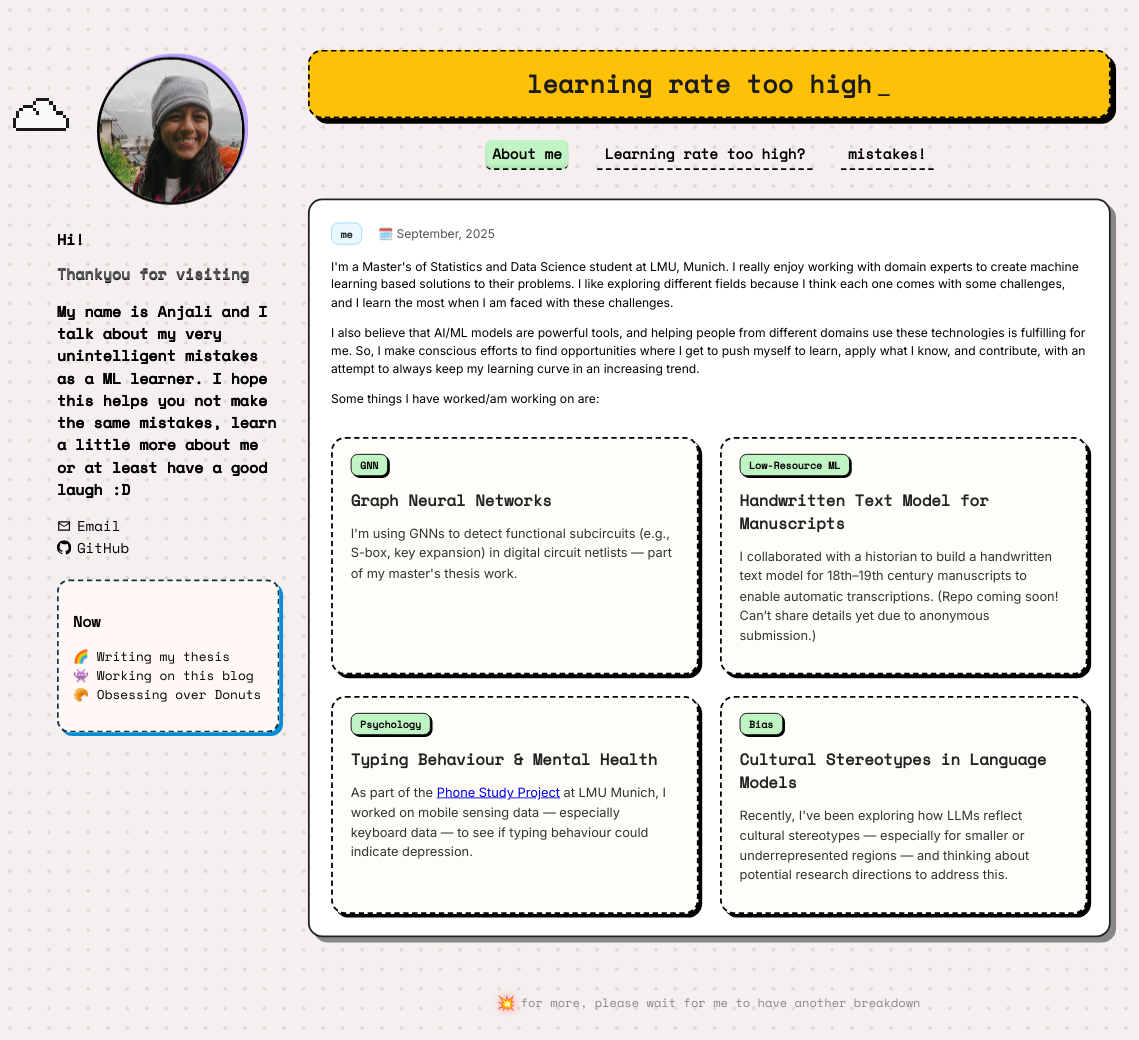
Repository: anjalisarawgi/learning_rate_too_high
Page: index.html
The author's editor kept a copy of each file at every save. The page is drawn from the files as they stood at one save, then again after a run of saves.
The browser window is 1280 px wide. The pictures show the whole page, at 89% of full size.

Above is the page before, as saved 2025-11-03 18:35:07.

After the next 2 saves:
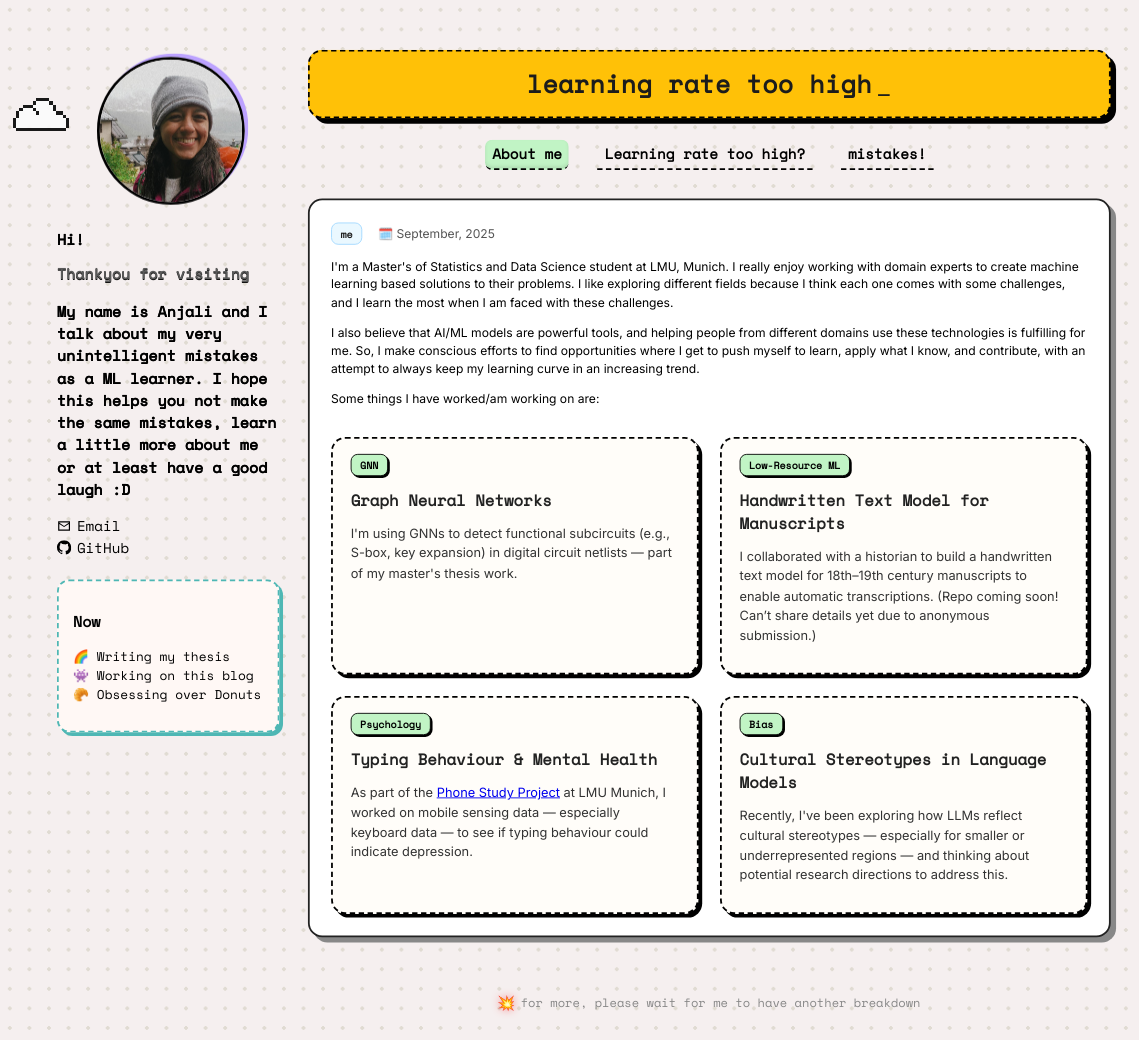
The 2 saves are shown as one change because they came seconds apart.
The last was saved 55 s later.
--- a/index.html
+++ b/index.html
@@ -130,8 +130,8 @@ nav a.active {
 
     .now-block {
   background: #fff8f5;
-  border: 2px dashed #103549;   /* soft coral-red border */
-  box-shadow: 4px 4px 0 #058CD7; /* peach-orange shadow */
+  border: 2px dashed #4Eb7b4;   /* soft coral-red border */
+  box-shadow: 4px 4px 0 #4Eb7b4; /* peach-orange shadow */
   border-radius: 0.85rem;
   padding: 1rem;
   font-size: 0.9rem;
